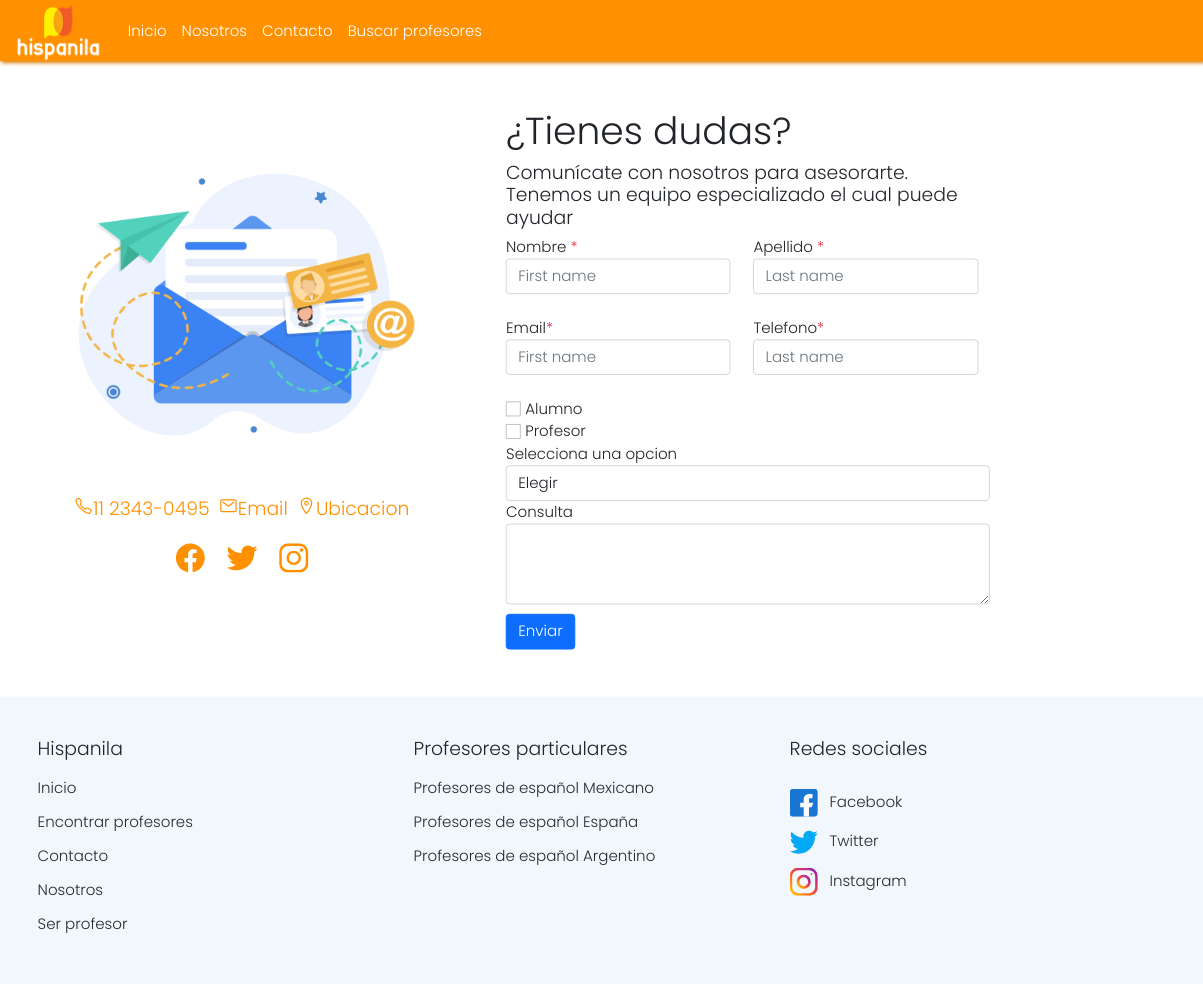
Repository: AgustinGarciaDev/Hispanila
Page: contact.html
An editor plug-in stored every save of this project. The page is shown before and after the next save, followed by the edit.
The browser window is 1280 px wide. The pictures show the whole page, at 94% of full size.
Some web libraries are served in a nearby version. The style sheet was rebuilt from its Sass, Less or Tailwind sources for each picture, by a compiler version that may differ from the author's.

Above is the page before, as saved 2021-01-28 23:54:51.

After the next save:
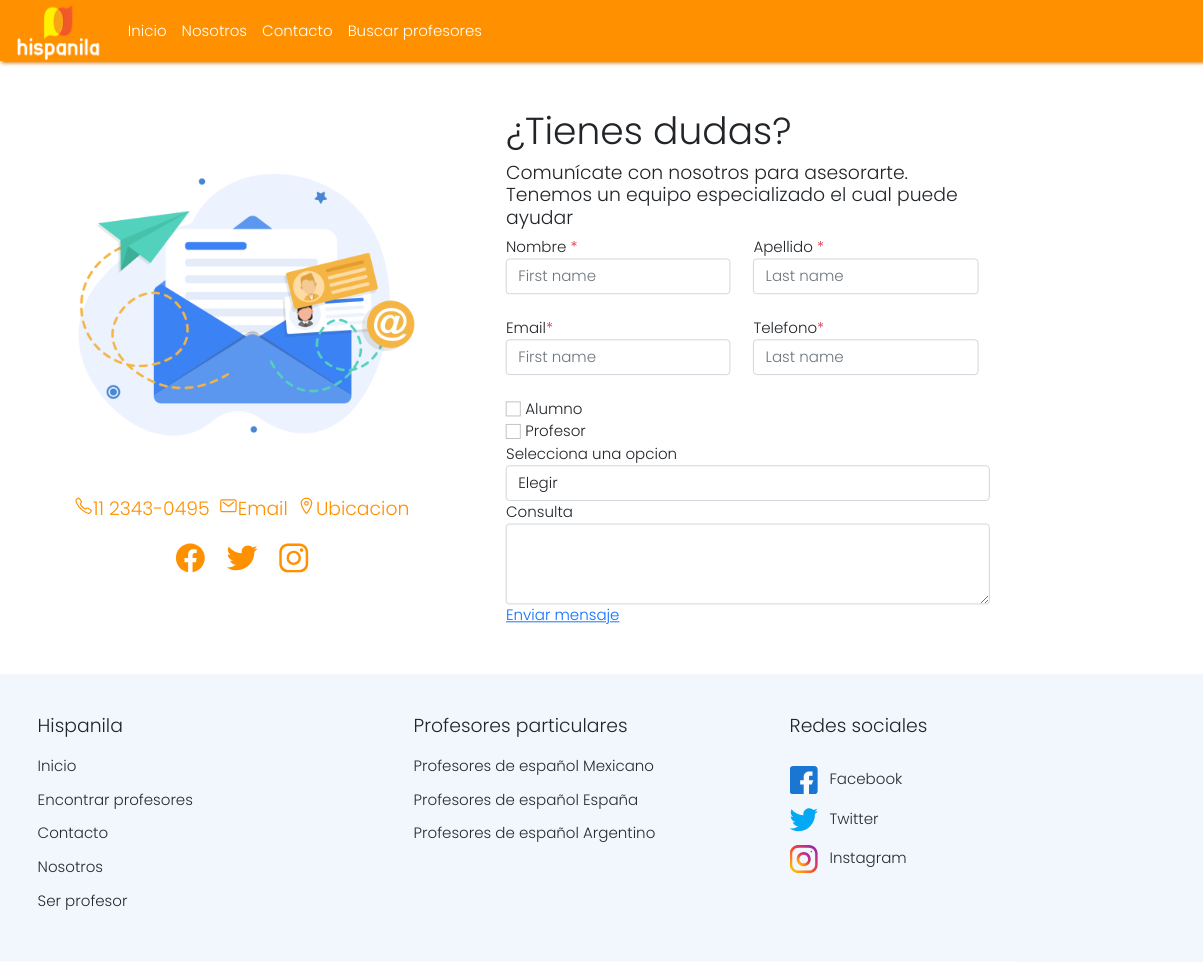
Saved 45 s later.
--- a/contact.html
+++ b/contact.html
@@ -116,7 +116,7 @@
                             <label for="exampleFormControlTextarea1 ">Consulta</label>
                             <textarea class="form-control " id="exampleFormControlTextarea1 " rows="3 "></textarea>
                         </div>
-                        <button type="submit" class="btn btn-primary boton__send">Enviar</button>
+                        <a href="/sendemail.html">Enviar mensaje</a>
                     </form>
                 </div>
             </div>

After the 2 saves that followed:
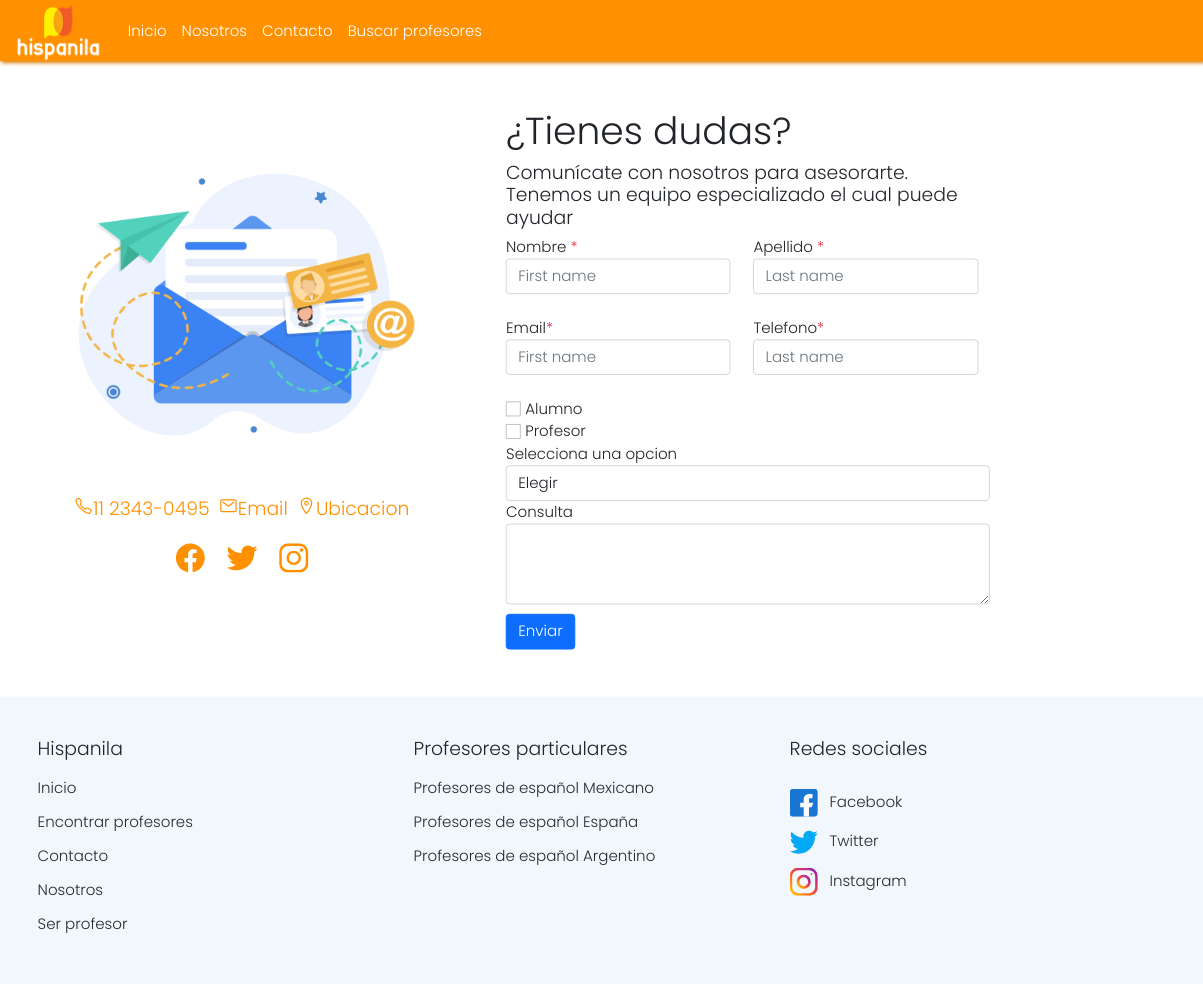
Console error (its wording comes from the project's code and is left out).
The 2 saves are shown as one change because they came seconds apart.
The last was saved 65 s later.
--- a/contact.html
+++ b/contact.html
@@ -116,7 +116,7 @@
                             <label for="exampleFormControlTextarea1 ">Consulta</label>
                             <textarea class="form-control " id="exampleFormControlTextarea1 " rows="3 "></textarea>
                         </div>
-                        <a href="/sendemail.html">Enviar mensaje</a>
+                        <button type="submit" class="btn btn-primary boton__send" onclick="./sendemail.html">Enviar</button>
                     </form>
                 </div>
             </div>
